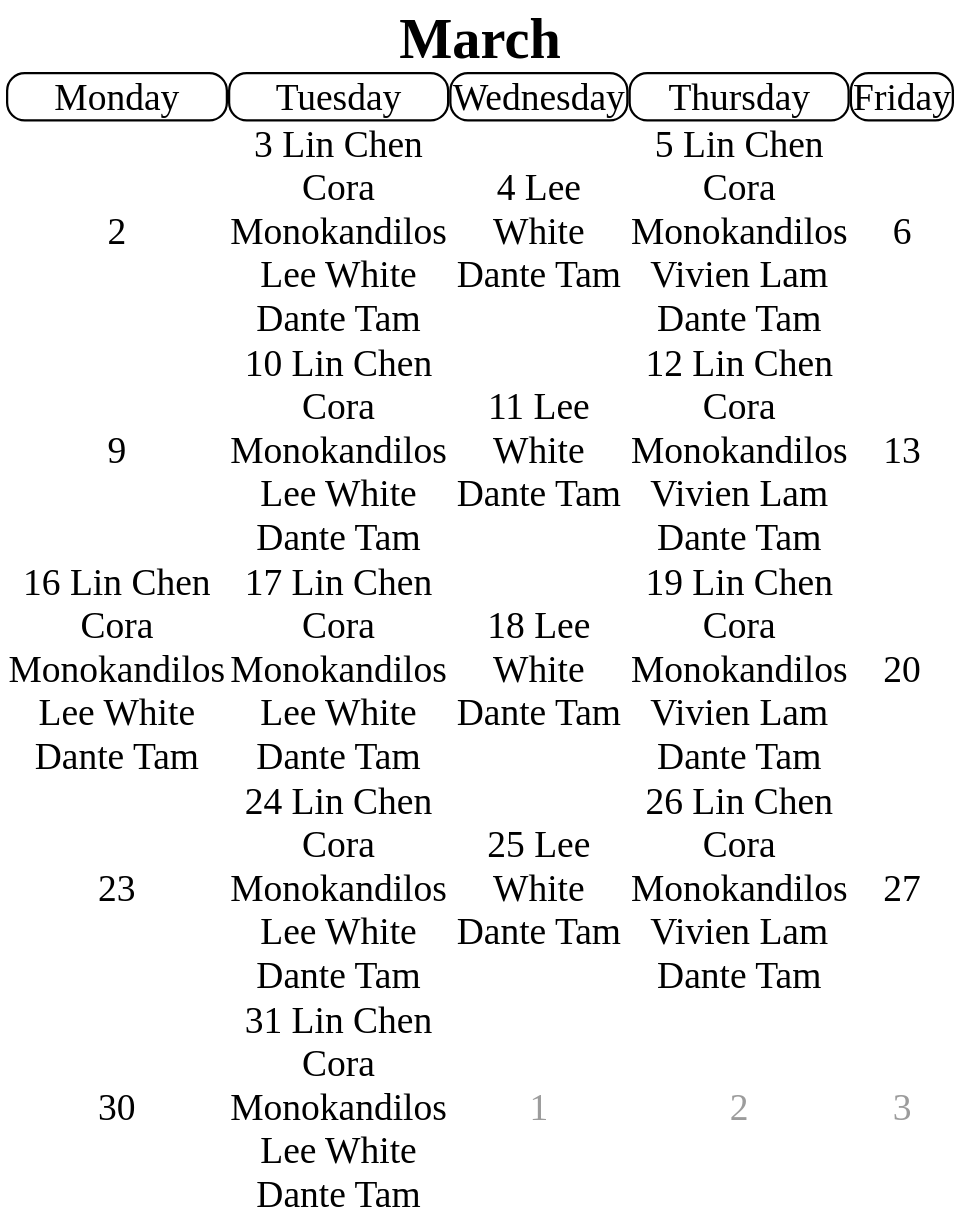
Repository: shleewhite/missionBitCalendar
Page: views/mar.html
The author's editor kept a record of every edit. The page is drawn from the files as they stood at one moment, then again after the next edit.
The browser window is 1280 px wide. The pictures show the whole page, at 75% of full size.

Above is the page before.

After the next edit:
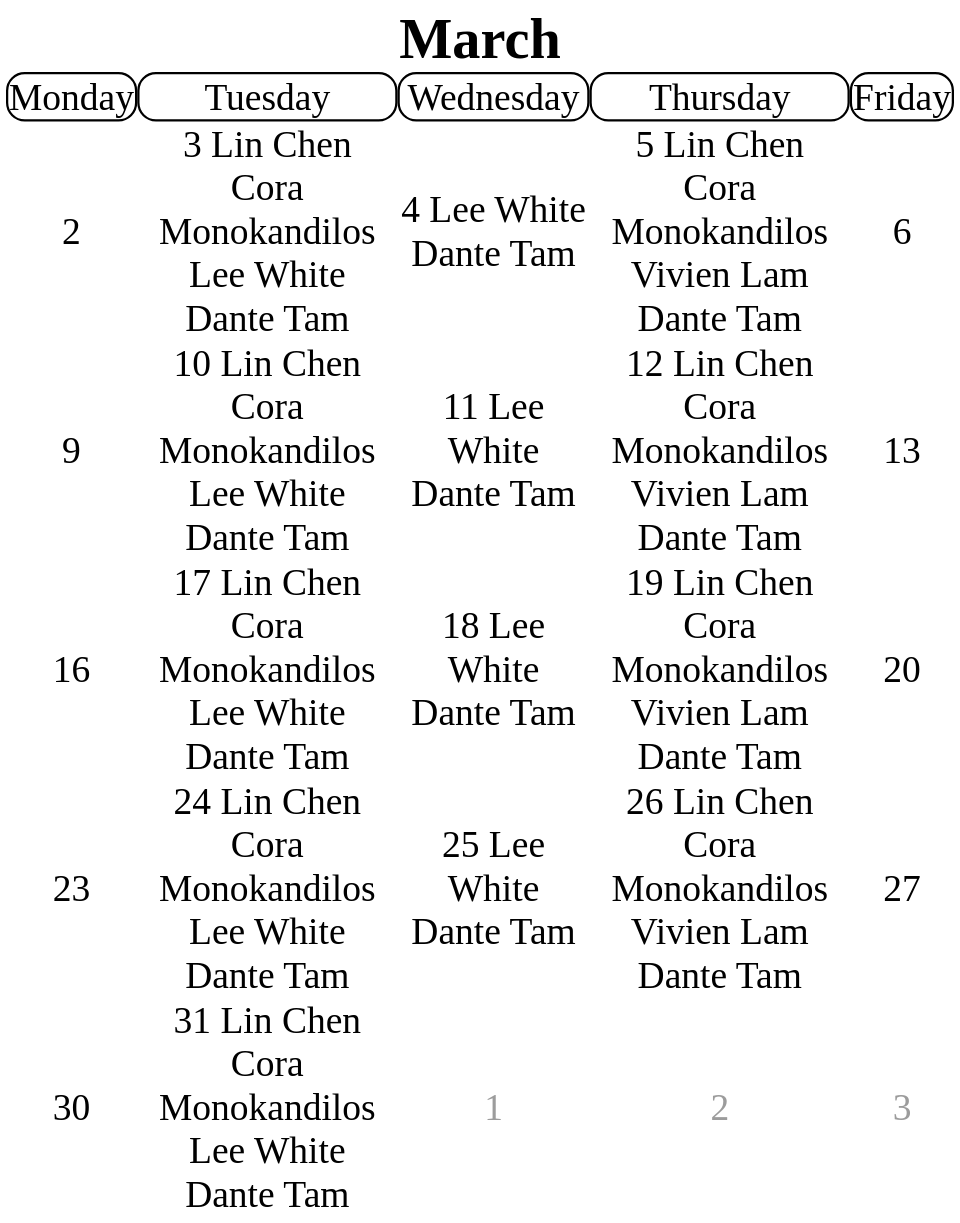
The edit:
--- a/views/mar.html
+++ b/views/mar.html
@@ -27,7 +27,7 @@
                 <td>13</td>
             </tr>
             <tr>
-                <td>16 Lin Chen<br>Cora Monokandilos<br>Lee White<br>Dante Tam</td>
+                <td>16</td>
                 <td>17 Lin Chen<br>Cora Monokandilos<br>Lee White<br>Dante Tam</td>
                 <td>18 Lee White<br>Dante Tam</td>
                 <td>19 Lin Chen<br>Cora Monokandilos<br>Vivien Lam<br>Dante Tam</td>
